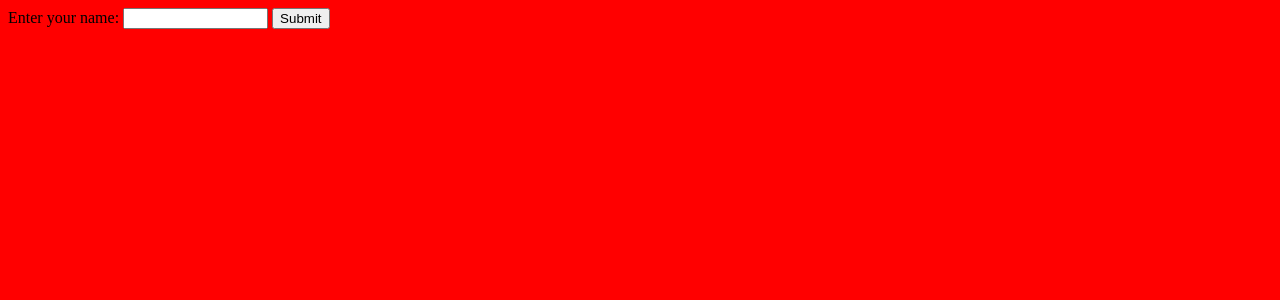
Repository: kevankay/Day10
Page: HelloWorld/WebContent/home.html
These files come from the project's save history. The page is drawn as it stood at one moment and after the next save; the edit follows.
The browser window is 1280 px wide. The pictures show the whole page.

Above is the page before, as saved 2018-09-05 09:46:08.

After the next save:
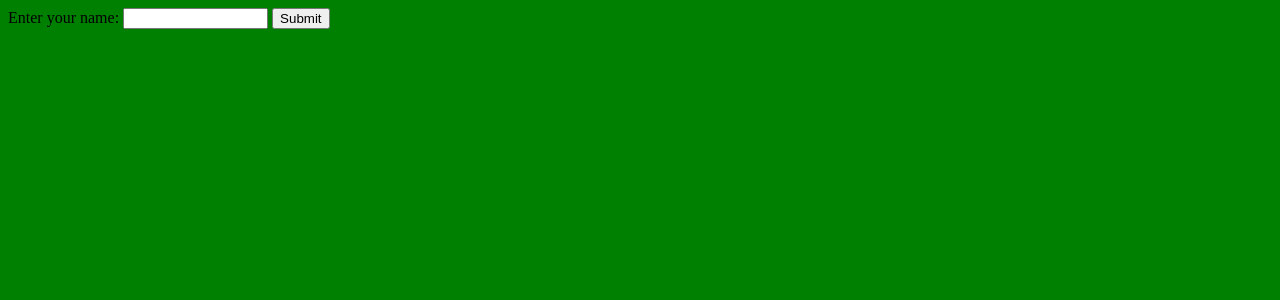
Saved 30 s later.
--- a/HelloWorld/WebContent/home.html
+++ b/HelloWorld/WebContent/home.html
@@ -4,7 +4,7 @@
 <meta charset="ISO-8859-1">
 <title>Home Page</title>
 </head>
-<body bgcolor="red">
+<body bgcolor="green">
     <!-- a href="hello world">Click here</a> -->
 
     <form action="greet" method="post">
